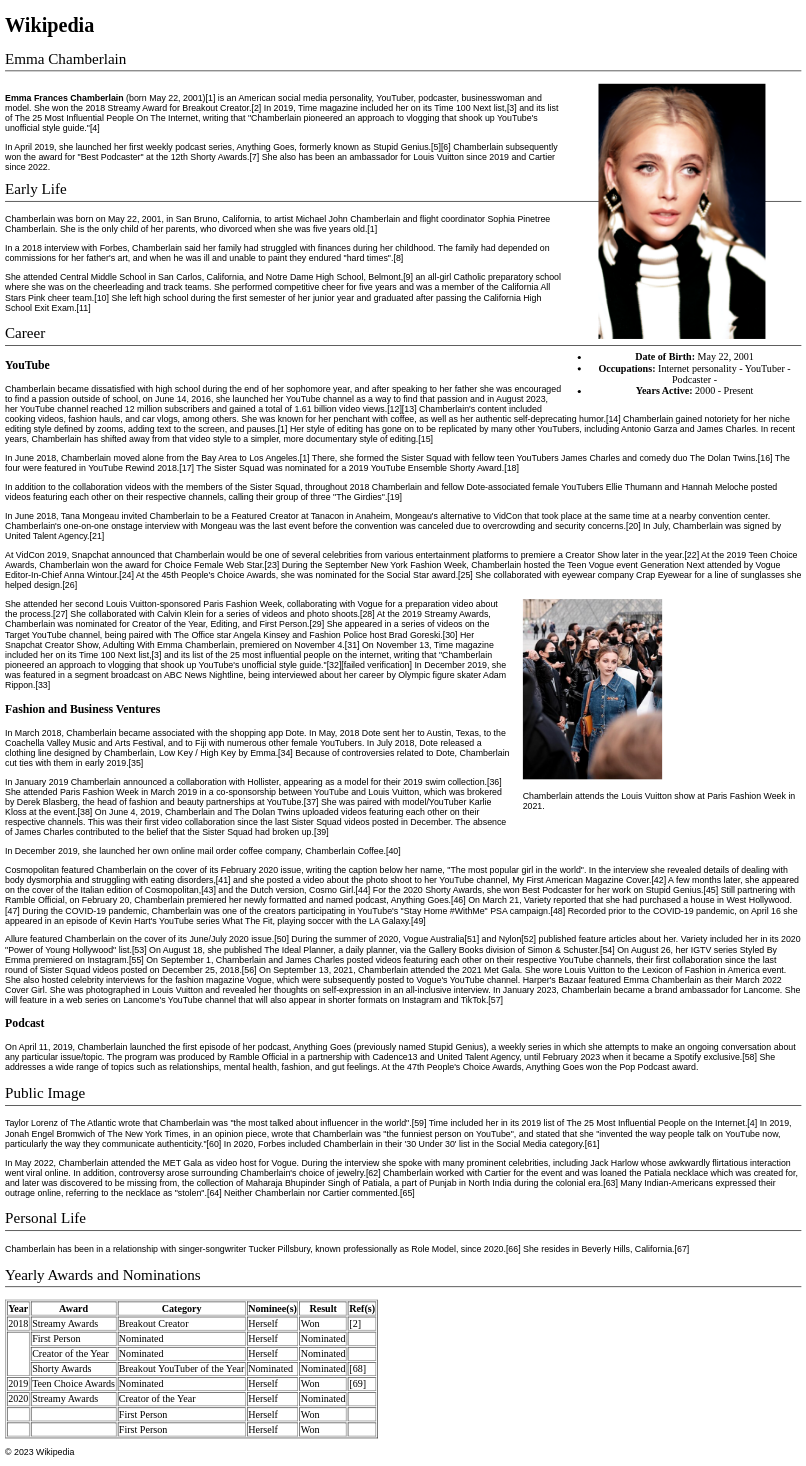
Repository: ethan-schrauf/UniversalDesignWebsite
Page: wikipedia.html
An editor plug-in stored every save of this project. The page is shown before and after the next save, followed by the edit.
The browser window is 1280 px wide. The pictures show the whole page, at 63% of full size.

Above is the page before, as saved 2023-09-29 23:25:16.

### wikipedia.html
<!DOCTYPE html>
<html>
<head>
    <title>Emma Chamberlain - Wikipedia</title>
    <style>
        /* Add your CSS for styling here */
        #intro {
            float: left;
            width: 70%;
        }

        #infobox {
            float: right;
            width: 30%;
            text-align: center;
        }

        #infobox img {
            max-width: 100%;
            height: auto;
        }

        /* New section for the fashion week photo */
        #fashion-week-photo {
            float: right;
            width: 35%;
            margin-left: 20px; /* Add some margin to separate it from the text */
        }

        #fashion-week-photo img {
            max-width: 100%;
            height: auto;
        }

        /* Add a line below h2 headings */
        h2 {
            border-bottom: 1px solid #000; /* Change the color and style as needed */
            padding-bottom: 5px; /* Adjust the spacing between the text and the line */
        }

        /* Add the .sr-only class styles */
        .sr-only {
            border: 0;
            clip: rect(0, 0, 0, 0);
            height: 1px;
            margin: -1px;
            overflow: hidden;
            padding: 0;
            position: absolute;
            white-space: nowrap;
            width: 1px;
        }

        /* Apply Arial font to all paragraphs */
        p {
            font-family: Arial, sans-serif;
            font-size: 14px;
        }

/* Unbold all h2 headings */
h2 {
            font-weight: normal;
        }
    </style>
</head>
<body>

<!-- Header -->
<header>
    <h1>Wikipedia</h1>
</header>

<!-- Main content -->
<main>
    <h2>Emma Chamberlain</h2>

    <!-- Intro paragraph -->
    <section id="intro">
        <p><strong>Emma Frances Chamberlain</strong> (born May 22, 2001)[1] is an American social media personality, YouTuber, podcaster, businesswoman and model. She won the 2018 Streamy Award for Breakout Creator.[2] In 2019, Time magazine included her on its Time 100 Next list,[3] and its list of The 25 Most Influential People On The Internet, writing that "Chamberlain pioneered an approach to vlogging that shook up YouTube's unofficial style guide."[4]
        </p>
        <p>In April 2019, she launched her first weekly podcast series, Anything Goes, formerly known as Stupid Genius.[5][6] Chamberlain subsequently won the award for "Best Podcaster" at the 12th Shorty Awards.[7] She also has been an ambassador for Louis Vuitton since 2019 and Cartier since 2022.</p>
    </section>

    <!-- Infobox with photo, date of birth, occupations, and years active -->
    <section id="infobox">
        <img src="images/emma_info_photo.png" alt="Emma Chamberlain in a black striped sweater with black and gold earrings." width="70%">
        <ul>
            <li><b>Date of Birth:</b> May 22, 2001</li>
            <li><b>Occupations:</b> Internet personality - YouTuber - Podcaster -</li>
            <li><b>Years Active:</b> 2000 - Present</li>
        </ul>
    </section>

    <!-- Early life -->

    <h2>Early Life</h2>
    <p>Chamberlain was born on May 22, 2001, in San Bruno, California, to artist Michael John Chamberlain and flight coordinator Sophia Pinetree Chamberlain. She is the only child of her parents, who divorced when she was five years old.[1]</p>
    <p>In a 2018 interview with Forbes, Chamberlain said her family had struggled with finances during her childhood. The family had depended on commissions for her father's art, and when he was ill and unable to paint they endured "hard times".[8]</p>
    <p>She attended Central Middle School in San Carlos, California, and Notre Dame High School, Belmont,[9] an all-girl Catholic preparatory school where she was on the cheerleading and track teams. She performed competitive cheer for five years and was a member of the California All Stars Pink cheer team.[10] She left high school during the first semester of her junior year and graduated after passing the California High School Exit Exam.[11]</p>

    <!-- Career -->
    <h2>Career</h2>

    <!-- YouTube -->
    <h3>YouTube</h3>

    <p>Chamberlain became dissatisfied with high school during the end of her sophomore year, and after speaking to her father she was encouraged to find a passion outside of school, on June 14, 2016, she launched her YouTube channel as a way to find that passion and in August 2023, her YouTube channel reached 12 million subscribers and gained a total of 1.61 billion video views.[12][13] Chamberlain's content included cooking videos, fashion hauls, and car vlogs, among others. She was known for her penchant with coffee, as well as her authentic self-deprecating humor.[14] Chamberlain gained notoriety for her niche editing style defined by zooms, adding text to the screen, and pauses.[1] Her style of editing has gone on to be replicated by many other YouTubers, including Antonio Garza and James Charles. In recent years, Chamberlain has shifted away from that video style to a simpler, more documentary style of editing.[15]</p>
    <p>In June 2018, Chamberlain moved alone from the Bay Area to Los Angeles.[1] There, she formed the Sister Squad with fellow teen YouTubers James Charles and comedy duo The Dolan Twins.[16] The four were featured in YouTube Rewind 2018.[17] The Sister Squad was nominated for a 2019 YouTube Ensemble Shorty Award.[18]</p>
    <p>In addition to the collaboration videos with the members of the Sister Squad, throughout 2018 Chamberlain and fellow Dote-associated female YouTubers Ellie Thumann and Hannah Meloche posted videos featuring each other on their respective channels, calling their group of three "The Girdies".[19]</p>
    <p>In June 2018, Tana Mongeau invited Chamberlain to be a Featured Creator at Tanacon in Anaheim, Mongeau's alternative to VidCon that took place at the same time at a nearby convention center. Chamberlain's one-on-one onstage interview with Mongeau was the last event before the convention was canceled due to overcrowding and security concerns.[20] In July, Chamberlain was signed by United Talent Agency.[21]</p>
    <p>At VidCon 2019, Snapchat announced that Chamberlain would be one of several celebrities from various entertainment platforms to premiere a Creator Show later in the year.[22] At the 2019 Teen Choice Awards, Chamberlain won the award for Choice Female Web Star.[23] During the September New York Fashion Week, Chamberlain hosted the Teen Vogue event Generation Next attended by Vogue Editor-In-Chief Anna Wintour.[24] At the 45th People's Choice Awards, she was nominated for the Social Star award.[25] She collaborated with eyewear company Crap Eyewear for a line of sunglasses she helped design.[26]</p>

    <!-- Add the new section for the photo and description -->
<section id="fashion-week-photo">
    <img src="images/louis-vuitton-show.png" alt="Emma Chamberlain at the Louis Vuitton show at Paris Fashion Week in 2021" width="50%">
    <p>Chamberlain attends the Louis Vuitton show at Paris Fashion Week in 2021.</p>
</section>
    <p>She attended her second Louis Vuitton-sponsored Paris Fashion Week, collaborating with Vogue for a preparation video about the process.[27] She collaborated with Calvin Klein for a series of videos and photo shoots.[28] At the 2019 Streamy Awards, Chamberlain was nominated for Creator of the Year, Editing, and First Person.[29] She appeared in a series of videos on the Target YouTube channel, being paired with The Office star Angela Kinsey and Fashion Police host Brad Goreski.[30] Her Snapchat Creator Show, Adulting With Emma Chamberlain, premiered on November 4.[31] On November 13, Time magazine included her on its Time 100 Next list,[3] and its list of the 25 most influential people on the internet, writing that "Chamberlain pioneered an approach to vlogging that shook up YouTube's unofficial style guide."[32][failed verification] In December 2019, she was featured in a segment broadcast on ABC News Nightline, being interviewed about her career by Olympic figure skater Adam Rippon.[33]</p>

    <!-- Fashion and Business Ventures -->
    <h3>Fashion and Business Ventures</h3>

    <p>In March 2018, Chamberlain became associated with the shopping app Dote. In May, 2018 Dote sent her to Austin, Texas, to the Coachella Valley Music and Arts Festival, and to Fiji with numerous other female YouTubers. In July 2018, Dote released a clothing line designed by Chamberlain, Low Key / High Key by Emma.[34] Because of controversies related to Dote, Chamberlain cut ties with them in early 2019.[35]</p>
    <p>In January 2019 Chamberlain announced a collaboration with Hollister, appearing as a model for their 2019 swim collection.[36] She attended Paris Fashion Week in March 2019 in a co-sponsorship between YouTube and Louis Vuitton, which was brokered by Derek Blasberg, the head of fashion and beauty partnerships at YouTube.[37] She was paired with model/YouTuber Karlie Kloss at the event.[38] On June 4, 2019, Chamberlain and The Dolan Twins uploaded videos featuring each other on their respective channels. This was their first video collaboration since the last Sister Squad videos posted in December. The absence of James Charles contributed to the belief that the Sister Squad had broken up.[39]</p>
    <p>In December 2019, she launched her own online mail order coffee company, Chamberlain Coffee.[40]</p>
    <p>Cosmopolitan featured Chamberlain on the cover of its February 2020 issue, writing the caption below her name, "The most popular girl in the world". In the interview she revealed details of dealing with body dysmorphia and struggling with eating disorders,[41] and she posted a video about the photo shoot to her YouTube channel, My First American Magazine Cover.[42] A few months later, she appeared on the cover of the Italian edition of Cosmopolitan,[43] and the Dutch version, Cosmo Girl.[44] For the 2020 Shorty Awards, she won Best Podcaster for her work on Stupid Genius.[45] Still partnering with Ramble Official, on February 20, Chamberlain premiered her newly formatted and named podcast, Anything Goes.[46] On March 21, Variety reported that she had purchased a house in West Hollywood.[47] During the COVID-19 pandemic, Chamberlain was one of the creators participating in YouTube's "Stay Home #WithMe" PSA campaign.[48] Recorded prior to the COVID-19 pandemic, on April 16 she appeared in an episode of Kevin Hart's YouTube series What The Fit, playing soccer with the LA Galaxy.[49]</p>
    <p>Allure featured Chamberlain on the cover of its June/July 2020 issue.[50] During the summer of 2020, Vogue Australia[51] and Nylon[52] published feature articles about her. Variety included her in its 2020 "Power of Young Hollywood" list.[53] On August 18, she published The Ideal Planner, a daily planner, via the Gallery Books division of Simon & Schuster.[54] On August 26, her IGTV series Styled By Emma premiered on Instagram.[55] On September 1, Chamberlain and James Charles posted videos featuring each other on their respective YouTube channels, their first collaboration since the last round of Sister Squad videos posted on December 25, 2018.[56] On September 13, 2021, Chamberlain attended the 2021 Met Gala. She wore Louis Vuitton to the Lexicon of Fashion in America event. She also hosted celebrity interviews for the fashion magazine Vogue, which were subsequently posted to Vogue's YouTube channel. Harper's Bazaar featured Emma Chamberlain as their March 2022 Cover Girl. She was photographed in Louis Vuitton and revealed her thoughts on self-expression in an all-inclusive interview. In January 2023, Chamberlain became a brand ambassador for Lancome. She will feature in a web series on Lancome's YouTube channel that will also appear in shorter formats on Instagram and TikTok.[57]</p>

     <!-- Podcast -->
     <h3>Podcast</h3>

     <p>On April 11, 2019, Chamberlain launched the first episode of her podcast, Anything Goes (previously named Stupid Genius), a weekly series in which she attempts to make an ongoing conversation about any particular issue/topic. The program was produced by Ramble Official in a partnership with Cadence13 and United Talent Agency, until February 2023 when it became a Spotify exclusive.[58] She addresses a wide range of topics such as relationships, mental health, fashion, and gut feelings. At the 47th People's Choice Awards, Anything Goes won the Pop Podcast award.</p>

     <!-- Public Image -->
     <h2>Public Image</h2>

     <p>Taylor Lorenz of The Atlantic wrote that Chamberlain was "the most talked about influencer in the world".[59] Time included her in its 2019 list of The 25 Most Influential People on the Internet.[4] In 2019, Jonah Engel Bromwich of The New York Times, in an opinion piece, wrote that Chamberlain was "the funniest person on YouTube", and stated that she "invented the way people talk on YouTube now, particularly the way they communicate authenticity."[60] In 2020, Forbes included Chamberlain in their '30 Under 30' list in the Social Media category.[61]</p>
     <p>In May 2022, Chamberlain attended the MET Gala as video host for Vogue. During the interview she spoke with many prominent celebrities, including Jack Harlow whose awkwardly flirtatious interaction went viral online. In addition, controversy arose surrounding Chamberlain's choice of jewelry.[62] Chamberlain worked with Cartier for the event and was loaned the Patiala necklace which was created for, and later was discovered to be missing from, the collection of Maharaja Bhupinder Singh of Patiala, a part of Punjab in North India during the colonial era.[63] Many Indian-Americans expressed their outrage online, referring to the necklace as "stolen".[64] Neither Chamberlain nor Cartier commented.[65]</p>

     <!-- Personal Life -->
     <h2>Personal Life</h2>

     <p>Chamberlain has been in a relationship with singer-songwriter Tucker Pillsbury, known professionally as Role Model, since 2020.[66] She resides in Beverly Hills, California.[67]</p>

     <!-- Honors and Awards -->

     <h2>Yearly Awards and Nominations</h2>

     <!-- Create the table for awards and nominations -->
     <table border="1">
        <!-- 2018 -->
         <tr>
             <th>Year</th>
             <th>Award</th>
             <th>Category</th>
             <th>Nominee(s)</th>
             <th>Result</th>
             <th>Ref(s)</th>
         </tr>
         <tr>
             <td>2018</td>
             <td>Streamy Awards</td>
             <td>Breakout Creator</td>
             <td>Herself</td>
             <td>Won</td>
             <td>[2]</td>
         </tr>
         <tr>
             <td rowspan="3"></td>
             <td>First Person</td>
             <td>Nominated</td>
             <td>Herself</td>
             <td>Nominated</td>
             <td></td>
         </tr>
         <tr>
             <td>Creator of the Year</td>
             <td>Nominated</td>
             <td>Herself</td>
             <td>Nominated</td>
             <td></td>
         </tr>
         <tr>
             <td>Shorty Awards</td>
             <td>Breakout YouTuber of the Year</td>
             <td>Nominated</td>
             <td>Nominated</td>
             <td>[68]</td>
         </tr>

         <!-- 2019 -->

         <tr>
            <td>2019</td>
            <td>Teen Choice Awards</td>
            <td>Nominated</td>
            <td>Herself</td>
            <td>Won</td>
            <td>[69]</td>
        </tr>

        <!-- 2020 -->

        <tr>
            <td>2020</td>
            <td>Streamy Awards</td>
            <td>Creator of the Year</td>
            <td>Herself</td>
            <td>Nominated</td>
            <td></td>
        </tr>


        <tr>
            <td></td>
            <td></td>
            <td>First Person</td>
            <td>Herself</td>
            <td>Won</td>
            <td></td>
        </tr>

        <tr>
            <td></td>
            <td></td>
            <td>First Person</td>
            <td>Herself</td>
            <td>Won</td>
            <td></td>
        </tr>


     </table>

</main>

<!-- Footer -->
<footer>
    <p>&copy; 2023 Wikipedia</p>
</footer>

</body>
</html>

After the next save:
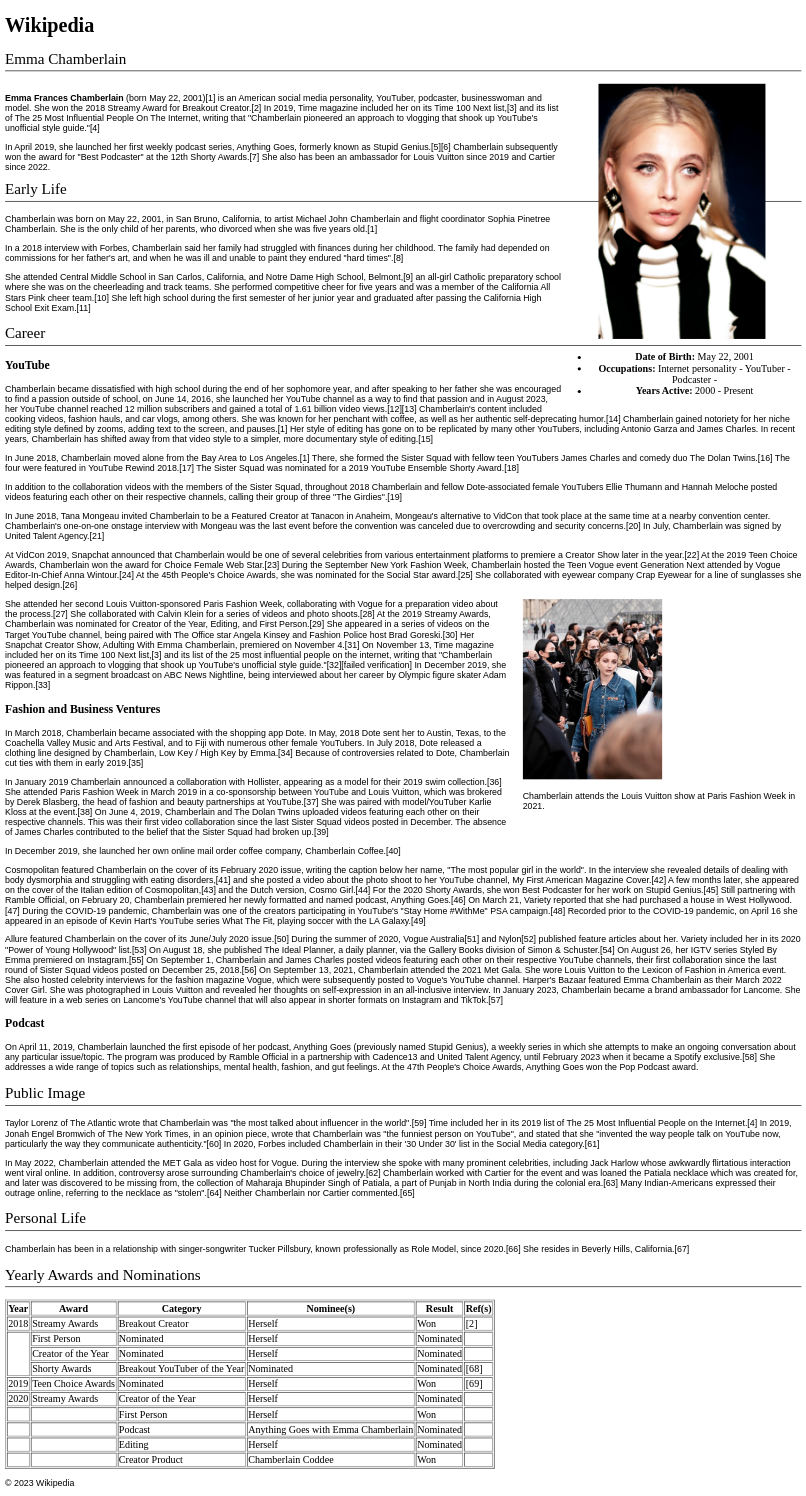
Saved 104 s later.
--- a/wikipedia.html
+++ b/wikipedia.html
@@ -223,8 +223,26 @@
         <tr>
             <td></td>
             <td></td>
-            <td>First Person</td>
-            <td>Herself</td>
+            <td>Podcast</td>
+            <td>Anything Goes with Emma Chamberlain</td>
+            <td>Nominated</td>
+            <td></td>
+        </tr>
+
+        <tr>
+            <td></td>
+            <td></td>
+            <td>Editing</td>
+            <td>Herself</td>
+            <td>Nominated</td>
+            <td></td>
+        </tr>
+
+        <tr>
+            <td></td>
+            <td></td>
+            <td>Creator Product</td>
+            <td>Chamberlain Coddee</td>
             <td>Won</td>
             <td></td>
         </tr>
